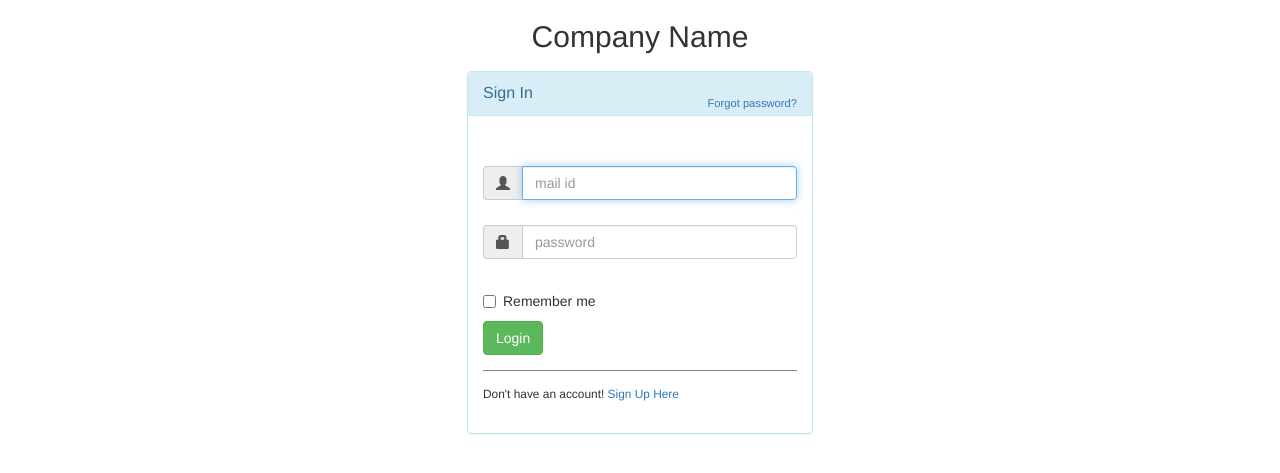
Repository: jayakumar721/projects
Page: TestEngine/WebContent/Login.html
The author's editor kept a copy of each file at every save. The page is drawn from the files as they stood at one save, then again after the next save.
The browser window is 1280 px wide. The pictures show the whole page.
Some web libraries are served in a nearby version.

Above is the page before, as saved 2017-11-24 12:08:11.

After the next save:
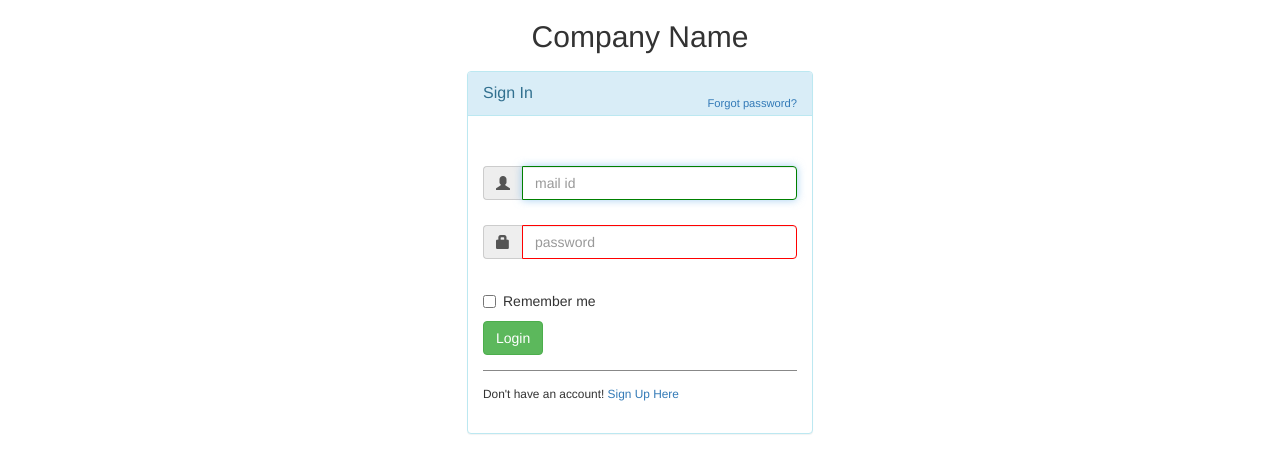
Saved 119 s later.
--- a/TestEngine/WebContent/Login.html
+++ b/TestEngine/WebContent/Login.html
@@ -34,7 +34,12 @@
 	left: 0;
 }
 
-input:
+input:required:invalid{
+border-color:red;
+}
+input:required:focus,input:required:active{
+border-color:green;
+}
 
 </style>
 </head>

After the 2 saves that followed:
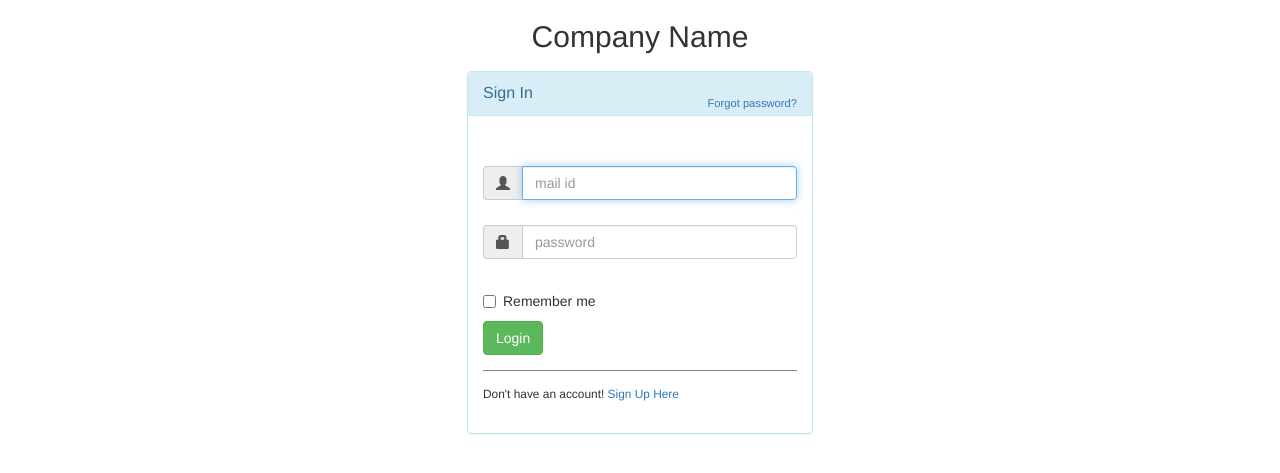
The 2 saves are shown as one change because 1 left the picture as it was.
The last was saved 3 min 51 s later.
--- a/TestEngine/WebContent/Login.html
+++ b/TestEngine/WebContent/Login.html
@@ -34,13 +34,21 @@
 	left: 0;
 }
 
-input:required:invalid{
-border-color:red;
+input + span {
+  color: #999;
 }
-input:required:focus,input:required:active{
-border-color:green;
+
+input:focus {
+  &:valid + span:after {
+    content: 'valid';
+    color: #0c0;
+  }
+
+  &:invalid + span:after {
+    content: 'invalid';
+    color: #c00;
+  }
 }
-
 </style>
 </head>
 <body>
